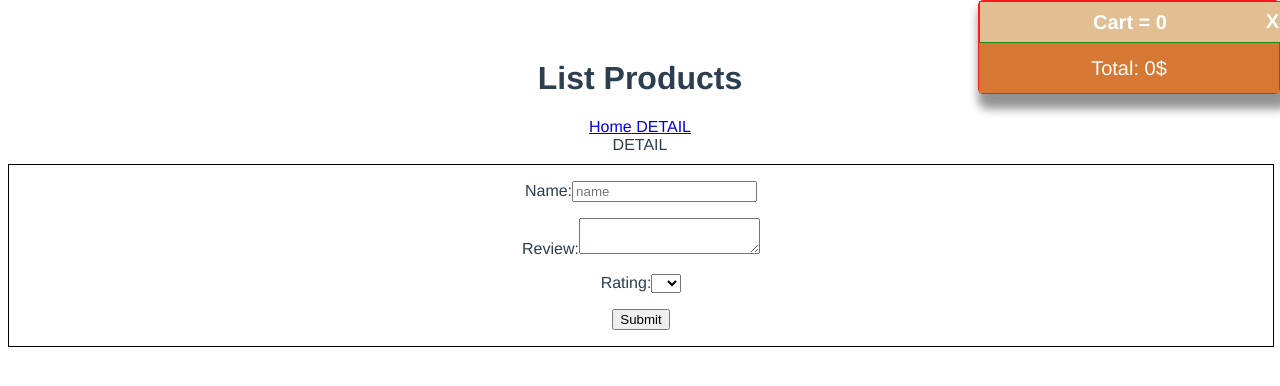
Repository: thanhdat130298/ncc-cart
Page: /#/detail
The author's editor kept a copy of each file at every save. The page is drawn from the files as they stood at one save, then again after a run of saves.
The browser window is 1280 px wide. The pictures show the whole page.
The page's requests for data from a server got no answer. The project was rebuilt for these pictures with package versions that can differ from the ones it lists, and the page was loaded fresh each time. No one was signed in, and anything a server would have sent is missing. Also part of the build but not shown: src/components/home.vue.

Above is the page before, as saved 2020-03-18 11:13:33.

### src/main.js
import Vue from "vue";
import App from "./App.vue";
import store from "./store.js";
import router from "./routes"


Vue.config.productionTip = false;
Vue.use({ store });
new Vue({
  store,
  router,
  render: h => h(App)
}).$mount("#app");

### src/App.vue
<template>
  <div id="app">
    <h1>List Products</h1>
    <div>
      <router-link to="/home"> Home</router-link>
      <router-link to="/detail"> DETAIL</router-link>
    </div>
    <router-view />
    <product />
    <cart />
    <review />
  </div>
</template>

 <script>
import product from "./components/product.vue";
import Review from "./components/review.vue";
import Cart from "./components/cart.vue";

export default {
  name: "App",
  components: {
  product,
  Review,
  Cart
  }
};
</script>

<style>
#app {
  font-family: Avenir, Helvetica, Arial, sans-serif;
  -webkit-font-smoothing: antialiased;
  -moz-osx-font-smoothing: grayscale;
  text-align: center;
  color: #2c3e50;
  margin-top: 60px;
}
</style>

### src/store.js
import Vue from "vue";
import Vuex from "vuex";
import axios from "axios";
import VueAxios from "vue-axios";
Vue.use(Vuex);
Vue.use(VueAxios, axios);
export default new Vuex.Store({
  state: {
    products: [],
    carts: []
  },
  getters: {
    getProducts: state => state.products,
    inCart: state => state.carts
  },
  mutations: {
    SAVE_PRODUCT(state, proApi) {
      state.products = proApi;
    },
    SAVE_CART(state, cartApi) {
      state.carts = cartApi;
    },
    updateCart(state, product) {
      let found = this.state.carts.find(array => {
        return array.idPro == product.idPro;
      });
      if (found) {
        found.qty++;
      } else {
        this.state.carts.push({
          qty: 1,
          idPro: product.idPro,
          name: product.name,
          price: product.price
        });
      }
      product.proStatic --;
    }
  },
  actions: {
    //get product from API
    listProduct({ commit }) {
      Vue.axios
        .get("http://localhost:3000/product/get")
        .then(result => {
          commit("SAVE_PRODUCT", result.data);
        })
        .catch(error => {
          throw new Error(`API ${error}`);
        });
    },

    //GET from cart api
    listCart({ commit }) {
      Vue.axios
        .get("http://localhost:3000/cart")
        .then(result => {
          commit("SAVE_CART", result.data);
        })
        .catch(error => {
          throw new Error(`API ${error}`);
        });
    },
    //post to cart API
    saveCart(state, product) {
        Vue.axios
          .post("http://localhost:3000/cart/create", {
            idPro: product.idPro,
            price: product.price,
            name: product.name,
            qty: 1
          })
          .catch(error => {
            console.log(error)
          console.log("else");
          });

    },
    callUpdateCart({ commit }, product) {
      commit("updateCart", product);
    }}
});

### src/routes.js
import Vue from "vue";
import Router from "vue-router";
import home from "@/components/home";
import detail from "@/components/detail";
Vue.use(Router);
export default new Router({
  routes: [
    {
      path: "/home",
      name: "home",
      component: home
    },
    {
      path: "/detail",
      name: 'detail',
      component: detail
    }
  ]
});

### src/components/product.vue
<template>
  <div>
    <div class="container">
      <div class="clear"></div>
      <div v-for="product in arrProduct" :key="product.idPro">
        <div class="product">
          <img :src="product.image" alt="image" />
          <div>{{ product.name }}</div>
          <div class="static">
            <p
              v-if="product.proStatic >= 10"
              style="background-image: linear-gradient(to right, white, green, white);color: white;"
            >
              Selling
            </p>
            <p
              v-else-if="product.proStatic < 10 && product.proStatic > 0"
              style="background-image: linear-gradient(to right, white, red, white);color: white;"
            >
              Limit
            </p>
            <p
              v-else
              style="background-image: linear-gradient(to right, white, #808080, white);color: white;"
            >
              Empty
            </p>
            <ul>
              <li>Meterial: {{ product.meterial }}</li>
              <li>Fabric: {{ product.fabric }}</li>
              <li>Real: {{ product.real }}</li>
              <li>Price: {{ product.price }}</li>
            </ul>
            <button
              v-on:click="updateCart(product)"
              :disabled="!check(product)"
              :class="{ disable: !check(product) }"
            >
              ADD TO CART
            </button>
          </div>
        </div>
      </div>
    </div>
  </div>
</template>

<script>
export default {
  name: "product",
  computed: {
    arrProduct() {
      return this.$store.getters.getProducts;
    }
  },
  created () {
    this.$store.dispatch("listProduct");
  },
  methods: {
    updateCart(product) {
     // console.log("aa", product)
      this.$store.dispatch("callUpdateCart", product);
      this.$store.dispatch("saveCart", product);
    },
    check(product) {
      if (product.proStatic > 0) {
        return true;
      }
      return false;
    }
  }
};
</script>
<style scoped>
.disable {
  background-color: black;
}
.total {
  clear: left;
  color: white;
  height: 50px;
  line-height: 50px;
  font-size: 20px;
  background-color: chocolate;
}
* {
  margin: 0;
  padding: 0;
}
h3 {
  margin: 40px 0 0;
}
.clear {
  clear: left;
}
form {
  width: 70%;
  margin: 0 auto;
  padding: 10px;
}
ul {
  list-style-type: none;
  padding: 0;
}
li {
  margin: 0;
}
h2 {
  margin: 0;
  padding: 0;
}
p {
  margin: 5px;
}
.dis {
  background-color: yellow;
}
a {
  color: #42b983;
}
img {
  height: 300px;
  width: 90%;
}
.container {
}
.fixed > div {
  width: 100%;
}
.fixed {
  border: 1px solid red;
  position: fixed;
  top: 0;
  right: 0;
  margin-bottom: 100px;
  width: 300px;
  background-color: cornsilk;
}
.cartdetail {
  width: 40%;
  border-bottom: 1px solid black;

  float: left;
}
.product {
  border: 1px solid black;
  float: left;
  margin-left: 1%;
  margin-top: 5%;
  width: 24%;
  box-sizing: border-box;
}
.color-box {
  width: 40px;
  margin-left: 30%;
  height: 40px;
}
button {
  background-color:cornflowerblue;
  color: white;
  outline: none;
  height: 30px;
  border-radius: 10px;

  width: 130px;
}
.cart {
  height: 40px;
  line-height: 40px;
  font-size: 20px;
  background-color: burlywood;
  color: white;
  font-weight: bold;
  width: 100%;
  margin: 0;
  border: 1px solid green;
}
</style>

### src/components/review.vue
<template>
  <div class="container">
    <form class="review-form" @submit.prevent="onSubmit">
      <div class="form-right">
        <p>
          <label for="name">Name:</label>
          <input id="name" v-model="name" placeholder="name" />
        </p>
        <p>
          <label for="review">Review:</label>
          <textarea id="review" v-model="review"></textarea>
        </p>
        <p>
          <label for="rating">Rating:</label>
          <select id="rating" v-model.number="rating">
            <option>5</option>
            <option>4</option>
            <option>3</option>
            <option>2</option>
            <option>1</option>
          </select>
        </p>
        <p>
          <input type="submit" value="Submit" />
        </p>
      </div>
      <div v-for="(review,index) in reviews" v-bind:key="index">
        <span>{{ review.name }}</span>
        <span>{{ review.rating }}</span>
        <span>{{ review.review }}</span
        ><br />
      </div>
      <div v-if="errors.length" class="form-left">
        <b> Please correct the following error(s):</b>
        <ul>
          <li v-for="(error,index) in errors" v-bind:key="index">{{ error }}</li>
        </ul>
      </div>
    </form>
  </div>
</template>
<script>
export default {
  name: "Review",
  data() {
    return {
      review: null,
      rating: null,
      name: null,
      errors: [],
      reviews: []
    };
  },
  methods: {
    onSubmit() {
      this.errors.length=3;
      if (this.name && this.review && this.rating) {
        //GET VALUE NAME, REVIEW, RATING
        this.reviews.push({
          name: this.name,
          review: this.review,
          rating: this.rating
        });
        this.errors.length = 0;
      } else {
        if (!this.name) this.errors.push("Name Required!");
        if (!this.review) this.errors.push("Review Required!");
        if (!this.rating) this.errors.push("Rating Required!");
      }
    }
  },
  computed: {
    show() {
      return this.reviews;
    }
  }
};
</script>
<style scoped>
.form-right {
  width: 100%;
  margin-top: 10px;
  float: left;
}
.form-right {
  border: 1px solid black;
}
span {
  margin-left: 5px;
}
li {
  color: red;
  list-style: none;
}
</style>

### src/components/cart.vue
<template>
  <div>
    <div class="fixed">
      <div class="cart">Cart = {{ Counter }} <div class="x">X</div></div>
      <div v-for="cart in inCart" v-bind:key="cart.idPro" class="cartdetail">
        <div>Product Name: {{ cart.name }}</div>
        <div>Product id: {{ cart.idPro }}</div>
        <div>Choosed: {{ cart.qty }}</div>
        <div>Product Price: {{ cart.price }}$</div>
      </div>
      <div class="total">Total: {{ totalPrice }}$</div>
    </div>
  </div>
</template>

<script>
export default {
  name: "Cart",
  computed: {
    inCart() {
      return this.$store.getters.inCart;
    },
    totalPrice() {
      let sum = 0;
      for (let i = 0; i < this.$store.state.carts.length; i++) {
        sum +=
          this.$store.state.carts[i].price * this.$store.state.carts[i].qty;
        //console.log(this.$store.state.carts)
      }
      return sum;
    },
    Counter() {
      let count = 0;
      for (let i = 0; i < this.$store.state.carts.length; i++) {
        count = count + this.$store.state.carts[i].qty;
      }
      return count;
    }
  },
  created() {
    this.$store.dispatch("listCart");
  }
};
</script>
<style scoped>
.disable {
  background-color: black;
}
.x {
  position: absolute;

  top: 0;
  right: 0;
}
.total {
  clear: left;
  color: white;
  height: 50px;
  line-height: 50px;
  font-size: 20px;
  background-color: chocolate;
}
* {
  margin: 0;
  padding: 0;
}
h3 {
  margin: 40px 0 0;
}
.clear {
  clear: left;
}
form {
  width: 70%;
  margin: 0 auto;
  padding: 10px;
}
ul {
  list-style-type: none;
  padding: 0;
}
li {
  margin: 0;
}
h2 {
  margin: 0;
  padding: 0;
}
p {
  margin: 5px;
}
.dis {
  background-color: yellow;
}
a {
  color: #42b983;
}
img {
  height: 300px;
  width: 90%;
}
.container {
}
.fixed > div {
  width: 100%;
}
.fixed {
  box-shadow: 5px 10px 10px 5px #888888;
  opacity: 0.9;
  border: 1px solid red;
  position: fixed;
  top: 0;
  right: 0;
  margin-bottom: 100px;
  border-radius: 5px;
  width: 300px;
  background-color: cornsilk;
}
.cartdetail {
  display: none;
  width: 40%;
  border-bottom: 1px solid black;

  float: left;
}
.pro1 {
  border: 1px solid black;
  float: left;
  margin-left: 1%;
  margin-top: 5%;
  width: 24%;
  box-sizing: border-box;
}
.color-box {
  width: 40px;
  margin-left: 30%;
  height: 40px;
}
button {
  background-color: brown;
  color: white;
  outline: none;
  height: 40px;
  width: 70px;
}
.cart {
  height: 40px;
  line-height: 40px;
  font-size: 20px;
  background-color: burlywood;
  color: white;
  font-weight: bold;
  width: 100%;
  margin: 0;
  border: 1px solid green;
}
</style>

### src/components/detail.vue
<template>
    <div>
        DETAIL
    </div>
</template>
<script>
export default {
  name: "detail",
}
</script>

Loaded but not shown: public/index.html (common file)

After the next 2 saves:
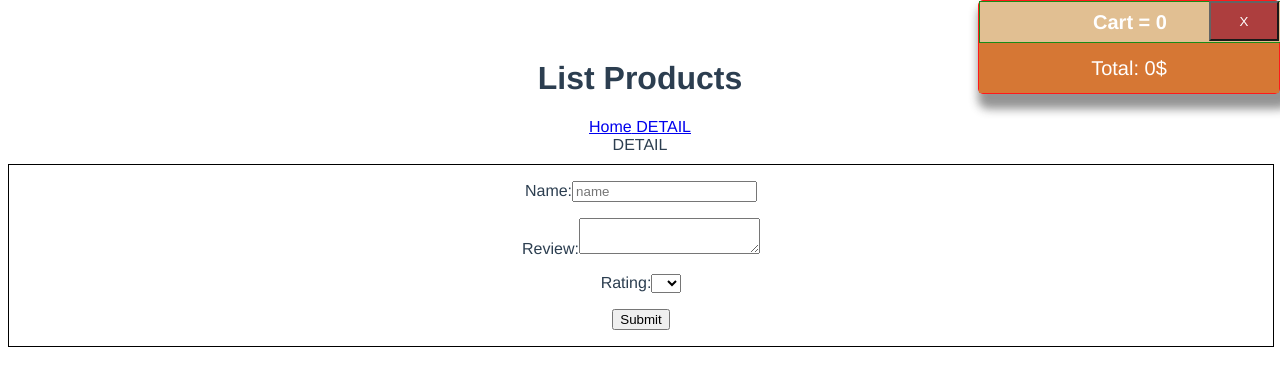
The 2 saves are shown as one change because they came seconds apart.
The last was saved 10 s later.
--- a/src/components/cart.vue
+++ b/src/components/cart.vue
@@ -1,7 +1,7 @@
 <template>
   <div>
     <div class="fixed">
-      <div class="cart">Cart = {{ Counter }} <div class="x">X</div></div>
+      <div class="cart">Cart = {{ Counter }} <button class="x">X</button></div>
       <div v-for="cart in inCart" v-bind:key="cart.idPro" class="cartdetail">
         <div>Product Name: {{ cart.name }}</div>
         <div>Product id: {{ cart.idPro }}</div>
